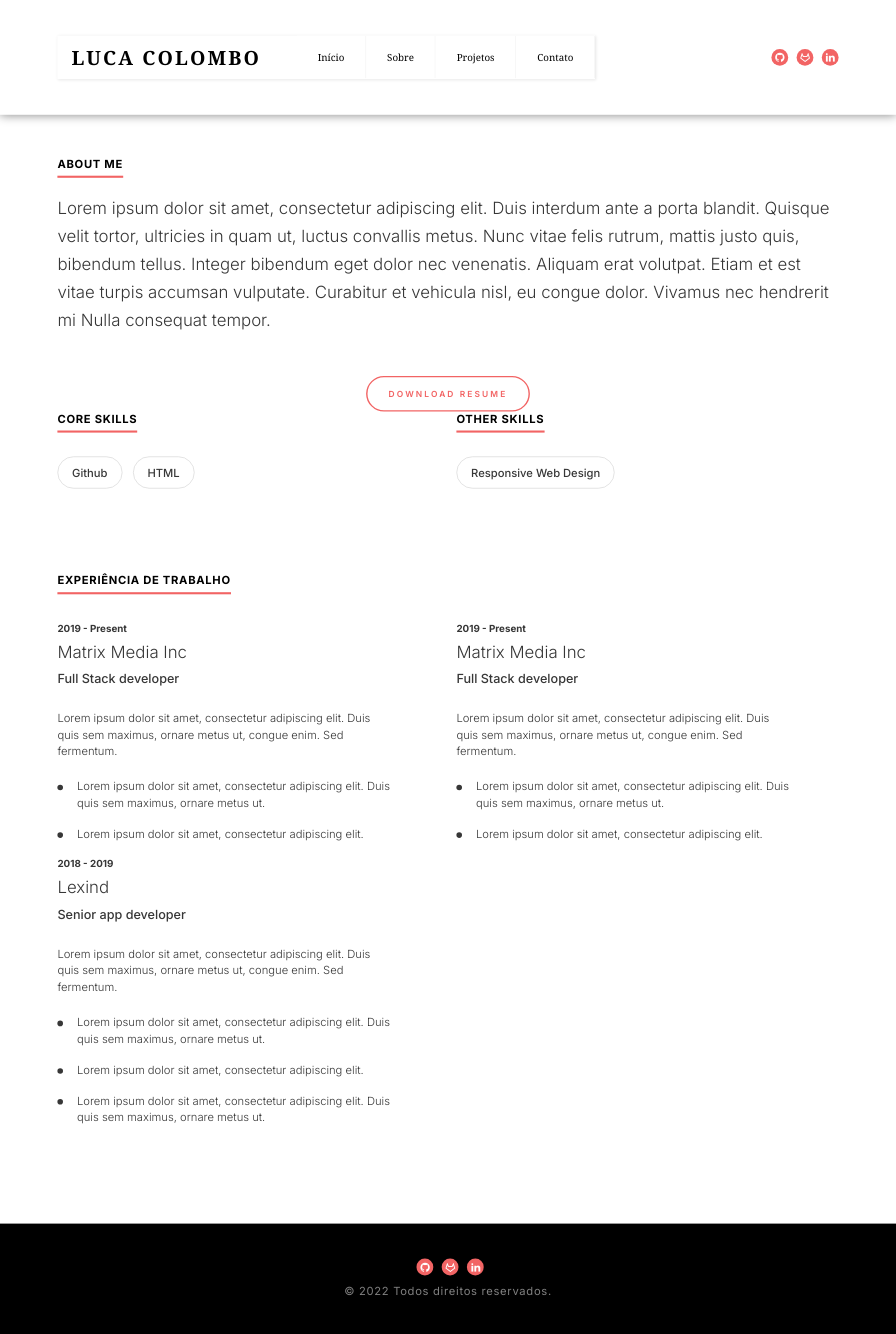
Repository: lxcxcxlxmb/portfolio
Page: sobre.html
These files come from the project's save history. The page is drawn as it stood at one moment and after the next save; the edit follows.
The browser window is 1280 px wide. The pictures show the whole page, at 70% of full size.

Above is the page before, as saved 2022-05-25 14:59:47.

### sobre.html
<!doctype html>
<html lang="pt-BR">

<head>
  <!-- Required meta tags -->
  <meta charset="utf-8">
  <meta name="viewport" content="width=device-width, initial-scale=1">
  <!-- Google Fots -->
  <link rel="preconnect" href="https://fonts.googleapis.com">
  <link rel="preconnect" href="https://fonts.gstatic.com" crossorigin>
  <link href="https://fonts.googleapis.com/css2?family=Inter:wght@100;200;300;400;500;600;700;800;900&display=swap"
    rel="stylesheet">
  <!-- Remixicon Icon -->
  <link href="https://cdn.jsdelivr.net/npm/remixicon@2.5.0/fonts/remixicon.css" rel="stylesheet">
  <!-- Remixicon Icon -->
  <!-- Bootstrap CSS -->
  <link href="https://cdn.jsdelivr.net/npm/bootstrap@5.0.2/dist/css/bootstrap.min.css" rel="stylesheet"
    integrity="sha384-EVSTQN3/azprG1Anm3QDgpJLIm9Nao0Yz1ztcQTwFspd3yD65VohhpuuCOmLASjC" crossorigin="anonymous">
  <link href="https://unpkg.com/aos@2.3.1/dist/aos.css" rel="stylesheet">
  <!-- Main CSS -->
  <link href="styles.css" rel="stylesheet">
  <link rel="stylesheet" href="reset.css">


  <title>sobre</title>
</head>

<body>

  <!-- header -->
  <header class="ds-header" id="site-header">
    <div class="container">
      <div class="ds-header-inner">
        <!-- logo -->
        <a href="index.html" class="ds-logo">
          <span>L</span>Luca Colombo
        </a>
        <div class="header">
          <a href="index.html" class="logo">Luca Colombo</a>
          <input class="menu-btn" type="checkbox" id="menu-btn" />
          <label class="menu-icon" for="menu-btn"><span class="navicon"></span></label>
          <ul class="menu">
            <li><a href="index.html">Início</a></li>
            <li><a href="sobre.html">Sobre</a></li>
            <li><a href="projetos.html">Projetos</a></li>
            <li><a href="contato.html">Contato</a></li>
          </ul>
        </div>
        <!-- social -->
        <ul class="ds-social">
          <li><a href="https://github.com/lxcxcxlxmb" target="_blank"><i class="ri-github-fill"></i></a></li>
          <li><a href="https://gitlab.com/lxcxcxlxmbx" target="_blank"><i class="ri-gitlab-line"></i></a></li>
          <li><a href="https://www.linkedin.com/in/luca--colombo/" target="_blank"><i class="ri-linkedin-fill"></i></a>
          </li>
        </ul>
              <!-- social -->
      </div>
    </div>
  </header>
  <!-- header -->

  <!-- about -->
  <div class="ds-about-section">
    <div class="container">
      <section>
        <h2 class="ds-heading">About Me</h2>
        <p>Lorem ipsum dolor sit amet, consectetur adipiscing elit. Duis interdum ante a porta blandit. Quisque velit
          tortor, ultricies in quam ut, luctus convallis metus. Nunc vitae felis rutrum, mattis justo quis, bibendum
          tellus. Integer bibendum eget dolor nec venenatis. Aliquam erat volutpat. Etiam et est vitae turpis accumsan
          vulputate. Curabitur et vehicula nisl, eu congue dolor. Vivamus nec hendrerit mi Nulla consequat tempor.</p>
        <div class="ds-button-sec text-center">
          <a href="#" class="ds-button">Download Resume</a>
        </div>
      </section>
    </div>
  </div>
  <!-- about -->

  <!--  Skills -->
  <div class="ds-skills-section">
    <div class="container">
      <div class="row">
        <div class="col-12 col-sm-12 col-md-6 col-lg-6 col-xl-6 col-xxl-6">
          <h2 class="ds-heading">Core Skills</h2>
          <ul class="ds-skills-list">
            <li>Github</li>
            <li>HTML</li>
          </ul>
        </div>
        <div class="col-12 col-sm-12 col-md-6 col-lg-6 col-xl-6 col-xxl-6">
          <h2 class="ds-heading">Other Skills</h2>
          <ul class="ds-skills-list">
            <li>Responsive Web Design</li>
          </ul>
        </div>
      </div>
    </div>
  </div>
  <!--  Skills -->

  <!-- Experience -->
  <div class="ds-experience-section">
    <div class="container">
      <h2 class="ds-heading">Experiência de trabalho</h2>
      <div class="row ds-experience-list">
        <div class="col-12 col-sm-12 col-md-6 col-lg-6 col-xl-6 col-xxl-6">
          <section>
            <span class="ds-year">2019 - Present</span>
            <h3 class="ds-officename">Matrix Media Inc</h3>
            <span class="ds-department">Full Stack developer</span>
            <p>Lorem ipsum dolor sit amet, consectetur adipiscing elit. Duis quis sem maximus, ornare metus ut, congue
              enim. Sed fermentum.</p>
            <ul>
              <li>Lorem ipsum dolor sit amet, consectetur adipiscing elit. Duis quis sem maximus, ornare metus ut.</li>
              <li>Lorem ipsum dolor sit amet, consectetur adipiscing elit.</li>
            </ul>
          </section>

        </div>
        <div class="col-12 col-sm-12 col-md-6 col-lg-6 col-xl-6 col-xxl-6">
          <section>
            <span class="ds-year">2019 - Present</span>
            <h3 class="ds-officename">Matrix Media Inc</h3>
            <span class="ds-department">Full Stack developer</span>
            <p>Lorem ipsum dolor sit amet, consectetur adipiscing elit. Duis quis sem maximus, ornare metus ut, congue
              enim. Sed fermentum.</p>
            <ul>
              <li>Lorem ipsum dolor sit amet, consectetur adipiscing elit. Duis quis sem maximus, ornare metus ut.</li>
              <li>Lorem ipsum dolor sit amet, consectetur adipiscing elit.</li>
            </ul>
          </section>

        </div>
        <div class="col-12 col-sm-12 col-md-6 col-lg-6 col-xl-6 col-xxl-6">
          <section>
            <span class="ds-year">2018 - 2019</span>
            <h3 class="ds-officename">Lexind</h3>
            <span class="ds-department">Senior app developer</span>
            <p>Lorem ipsum dolor sit amet, consectetur adipiscing elit. Duis quis sem maximus, ornare metus ut, congue
              enim. Sed fermentum.</p>
            <ul>
              <li>Lorem ipsum dolor sit amet, consectetur adipiscing elit. Duis quis sem maximus, ornare metus ut.</li>
              <li>Lorem ipsum dolor sit amet, consectetur adipiscing elit.</li>
              <li>Lorem ipsum dolor sit amet, consectetur adipiscing elit. Duis quis sem maximus, ornare metus ut.</li>
            </ul>
          </section>
        </div>
      </div>
    </div>
  </div>
  <!-- Experience -->

  <!--  footer -->
  <footer class="ds-footer text-center">
    <div class="container">
      <section>
        <ul class="ds-social">
          <li><a href="https://github.com/lxcxcxlxmb" target="_blank"><i class="ri-github-fill"></i></a></li>
          <li><a href="https://gitlab.com/lxcxcxlxmbx" target="_blank"><i class="ri-gitlab-line"></i></a></li>
          <li><a href="https://www.linkedin.com/in/luca--colombo/" target="_blank"><i class="ri-linkedin-fill"></i></a>
          </li>
        </ul>
      </section>
      <span class="ds-copyright">© 2022 Todos direitos reservados.</span>
    </div>
  </footer>

</body>

</html>

### styles.css
/*
Theme Name: Jason Stroff

  1. >>> Headr Style
  2. >>> Banner Style
  3. >>> About Style
  4. >>> Skills Style
  5. >>> Experience Style
  6. >>> Work Style
  7. >>> Footer Style

*/
/*--------------------------------------------------------------
>>> TABLE OF CONTENTS:
----------------------------------------------------------------*/
html {
	font-family: 'Inter', sans-serif;
	background-color: #FFF
}

body {
	font-family: 'Inter', sans-serif;
	overflow-x: hidden;
	background-color: #FFF;
	font-weight: 400;
	font-style: normal;
	color: #373737;
	font-size: 14px
}

a,
a:hover,
a:focus,
i,
input,
button,
input:focus,
.transition {
	text-decoration: none;
	outline: none;
	transition-delay: 0s;
	transition-duration: 0.4s;
	transition-property: all;
	transition-timing-function: ease;
	box-shadow: none;
}

a {
	color: #000
}

iframe {
	border: 0;
	outline: none;
}

::-moz-selection {
	background: #000;
	text-shadow: none;
	color: #FFF
}

::selection {
	background: #000;
	text-shadow: none;
	color: #FFF
}

img {
	max-width: 100%;
	border: none;
	outline: none;
	height: auto;
}

input,
textarea {
	border-radius: 0;
	resize: none;
}

ul {
	padding: 0;
	margin: 0;
}

@font-face {
	font-family: 'Inter', sans-serif;
}

input:-webkit-autofill,
textarea:-webkit-autofill,
select:-webkit-autofill {
	background-color: transparent;
	background-image: none;
	color: #000;
}

/* 1.2 Typography */
h1,
h2,
h3,
h4,
h5,
h6 {
	font-family: 'Inter', sans-serif;
}

figure {
	margin: 0
}

svg,
img {
	max-width: 100%;
	height: auto;
}

/*-----------------------------------------------------------------
  1. >>> Headr Style
----------------------------------------------------------------*/
.ds-header {
	position: relative;
	top: 0;
	width: 100%;
	z-index: 5;
	background-color: #FFF;
	padding: 70px 0;
	transition-delay: 0s;
	transition-duration: 0.4s;
	transition-property: all;
	transition-timing-function: ease;
	box-shadow: 0 0 1em #858585;
	display: flex;
	align-items: center;
	justify-content: space-between;
}

.ds-header.ds-fixed-header {
	padding: 20px 0;
	box-shadow: 0px 0px 20px rgba(0, 0, 0, 0.25);
}

.ds-header-inner {
	display: flex;
	justify-content: space-between;
	align-items: center;
}

.logo {
	font-family:Georgia, 'Times New Roman', Times, serif;
	text-transform: uppercase;
	font-weight: bold;
	font-size: 18px;
	letter-spacing: 3px;
	color: #000;
	display: flex;
	align-items: center;
	flex-wrap: nowrap;
}

.logo span {
	display: flex;
	align-items: center;
	justify-content: center;
	width: 40px;
	height: 40px;
	background-color: #000;
	border-radius: 4px;
	color: #FFF;
	font-size: 22px;
	font-weight: 600;
	text-align: center;
}

.logo:hover {
	color: #F26464;
}

.ds-social {
	list-style: none;
	display: flex;
	align-items: center;
	flex-wrap: wrap;
}

.ds-social li {
	margin-left: 12px;
}

.ds-social li:first-child {
	margin-left: 0;
}

.ds-social li a {
	border-radius: 100%;
	color: #FFF;
	width: 24px;
	height: 24px;
	background-color: #F26464;
	display: flex;
	justify-content: center;
	align-items: center;
	text-align: center;
	font-size: 16px;
}

.ds-social li a:hover {
	background-color: #000;
	color: #FFF;
}

/*.ds-navbar {
	display: inline-block;
	color: #373737;
	font-size: 16px;
	padding: 10px 20px;
	background-color: #FFF;
	margin-right: 15px;
	margin-bottom: 15px;
	margin-top: 15px;
	font-weight: 500;
}*/

.activ {
	color: #fff;
	background-color: #FF0077;
}

.inactiv {
	color: #494949;
}

.inactiv:hover {
	color: #FF0077;
}

.header {
	background-color: #fff;
	box-shadow: 1px 1px 4px 0 rgba(0,0,0,.1);
	position: absolute;
	align-items: center;
	vertical-align: middle;
	width: 60%;
	z-index: 3;
  }

  .header ul {
	margin: 0;
	padding: 0;
	font-family:Georgia, 'Times New Roman', Times, serif;
	list-style: none;
	overflow: hidden;
	background-color: #fff;
  }

  .header li a {
	display: block;
	padding: 20px 20px;
	border-right: 1px solid #f4f4f4;
	text-decoration: none;
  }

  .header li a:hover,
  .header .menu-btn:hover {
	background-color: #f4f4f4;
	color: #F26464;
  }

  .header .logo {
	display: block;
	float: left;
	font-size: 2em;
	padding: 10px 20px;
	text-decoration: none;
  }

  /* menu */

  .header .menu {
	clear: both;
	max-height: 0;
	transition: max-height .2s ease-out;
  }

  /* menu icon */

  .header .menu-icon {
	cursor: pointer;
	display: inline-block;
	float: right;
	padding: 28px 20px;
	position: relative;
	user-select: none;
  }

  .header .menu-icon .navicon {
	background: #333;
	display: block;
	height: 2px;
	position: relative;
	transition: background .2s ease-out;
	width: 18px;
  }

  .header .menu-icon .navicon:before,
  .header .menu-icon .navicon:after {
	background: #333;
	content: '';
	display: block;
	height: 100%;
	position: absolute;
	transition: all .2s ease-out;
	width: 100%;
  }

  .header .menu-icon .navicon:before {
	top: 5px;
  }

  .header .menu-icon .navicon:after {
	top: -5px;
  }

  /* menu btn */

  .header .menu-btn {
	display: none;
  }

  .header .menu-btn:checked ~ .menu {
	max-height: 240px;
  }

  .header .menu-btn:checked ~ .menu-icon .navicon {
	background: transparent;
  }

  .header .menu-btn:checked ~ .menu-icon .navicon:before {
	transform: rotate(-45deg);
  }

  .header .menu-btn:checked ~ .menu-icon .navicon:after {
	transform: rotate(45deg);
  }

  .header .menu-btn:checked ~ .menu-icon:not(.steps) .navicon:before,
  .header .menu-btn:checked ~ .menu-icon:not(.steps) .navicon:after {
	top: 0;
  }

  /* 48em = 768px */

  @media (min-width: 48em) {
	.header li {
	  float: left;
	}
	.header li a {
	  padding: 20px 30px;
	}
	.header .menu {
	  clear: none;
	  float: right;
	  max-height: none;
	}
	.header .menu-icon {
	  display: none;
	}
  }

/*-----------------------------------------------------------------
  2. >>> Banner Style
----------------------------------------------------------------*/
.ds-banner section {
	padding-left: 70px;
	padding-right: 00px;
}

.ds-banner section h1 span {
	display: block;
	text-transform: uppercase;
	letter-spacing: 1px;
	font-weight: 500;
	font-size: 16px;
	padding-top: 30px;
}

.ds-banner section h1 {
	font-weight: 600;
	font-size: 48px;
	line-height: 60px;
	color: #000;
}

.ds-numbervalulist {
	list-style: none;
	display: flex;
	align-items: center;
	flex-wrap: wrap;
	margin: 0;
	padding: 0;
	margin-top: 60px;
}

.ds-numbervalulist li {
	margin-right: 60px;
}

.ds-numbervalulist li:last-child {
	margin-right: 0;
}

.ds-numbervalulist strong {
	display: block;
	color: #F26464;
	font-size: 36px;
	font-weight: 800;
}

.ds-numbervalulist span {
	font-size: 16px;
	letter-spacing: 1px;
}

/*-----------------------------------------------------------------
  3. >>> About Style
----------------------------------------------------------------*/
.ds-about-section {
	padding-top: 60px;
	padding-bottom: 0px;
}

.ds-heading {
	display: inline-block;
	font-weight: 700;
	color: #000;
	text-transform: uppercase;
	letter-spacing: 1px;
	font-size: 16px;
	border-bottom: 3px solid #F26464;
	padding-bottom: 7px;
	margin-bottom: 23px;
}

.ds-about-section p {
	color: #373737;
	font-size: 24px;
	line-height: 40px;
	font-weight: 300;
	margin-bottom: 60px;
}

.ds-button {
	display: inline-block;
	text-transform: uppercase;
	font-size: 12px;
	line-height: 13px;
	font-weight: 600;
	letter-spacing: 3px;
	color: #F26464;
	padding: 17px 30px;
	border: 2px solid #F26464;
	border-radius: 60px;
}

.ds-button:hover {
	background-color: #F26464;
	color: #FFF;
}

.ds-arrow-button i {
	display: inline-block;
	vertical-align: middle;
}

/*-----------------------------------------------------------------
  4. >>> Skills Style
----------------------------------------------------------------*/
.ds-skills-section {
	padding-bottom: 105px;
}

.ds-skills-list {
	list-style: none;
	padding: 0;
	margin: 0;
	display: flex;
	flex-wrap: wrap;
	align-items: center;
	margin-top: 11px;
}

.ds-skills-list li {
	display: inline-block;
	color: #373737;
	font-size: 16px;
	padding: 10px 20px;
	background-color: #FFF;
	border: 1px solid #D7D7D7;
	border-radius: 27px;
	margin-right: 15px;
	margin-bottom: 15px;
	font-weight: 500;
}

/*-----------------------------------------------------------------
  5. >>> Experience Style
----------------------------------------------------------------*/
.ds-experience-section {
	padding-bottom: 120px;
}

.ds-experience-list section {
	padding-right: 70px;
}

.ds-experience-list {
	padding-top: 15px;
}

.ds-officename {
	font-size: 24px;
	font-weight: 300;
	margin-bottom: 10px;
}

.ds-experience-list span {
	display: block;
}

span.ds-year {
	color: #373737;
	font-size: 14px;
	font-weight: 700;
	padding-bottom: 10px;
}

span.ds-department {
	color: #373737;
	font-weight: 500;
	font-size: 18px;
	padding-bottom: 30px;
}

.ds-experience-list p {
	font-size: 16px;
	line-height: 24px;
	font-weight: 300;
}

.ds-experience-list ul {
	list-style: none;
	padding: 0;
	margin: 0;
	padding-top: 10px;
}

.ds-experience-list ul li {
	font-size: 16px;
	line-height: 24px;
	font-weight: 300;
	padding-left: 28px;
	position: relative;
	margin-bottom: 20px;
}

.ds-experience-list ul li:before {
	content: "";
	position: absolute;
	left: 0;
	top: 10px;
	border-radius: 100%;
	width: 8px;
	height: 8px;
	background-color: #373737;
}

/*-----------------------------------------------------------------
  6. >>> Work Style
----------------------------------------------------------------*/
.ds-work-section {
	padding-bottom: 80px;
}

.ds-work-list {
	padding-left: 70px;
	padding-top: 40px;
	padding-right: 70px;
	background-color: #F6F8FA;
	margin-bottom: 40px;
}

.ds-work-list section {
	padding-top: 20px;
	padding-right: 120px;
}

.ds-work-tilte {
	color: #000;
	font-size: 30px;
	line-height: 36px;
	font-weight: 600;
	margin-bottom: 30px;
}

.ds-work-list p {
	font-weight: 300;
	font-size: 18px;
	line-height: 30px;
}

.ds-work-list .ds-button {
	margin-top: 20px;
}

.ds-work-det-hed {
	padding-top: 42px;
	padding-bottom: 80px;
}

.ds-work-det-title {
	font-weight: 600;
	color: #000;
	font-size: 48px;
	margin-bottom: 20px;
}

.ds-work-det-dep {
	display: block;
	font-weight: 600;
	color: #000;
	font-size: 18px;
}

.ds-work-content-sec {
	padding: 100px 0;
}

.ds-work-content-sec p {
	font-size: 18px;
	line-height: 36px;
	margin-bottom: 30px;
}

.ds-work-content-sec h2 {
	font-size: 30px;
	font-weight: 700;
	margin-bottom: 30px;
}

.ds-work-content-sec ul {
	list-style: none;
	padding: 0;
	margin: 0;
}

.ds-work-content-sec li {
	font-size: 18px;
	line-height: 36px;
	padding-left: 28px;
	position: relative;
	margin-bottom: 20px;
}

.ds-work-content-sec li:before {
	content: "";
	position: absolute;
	left: 0;
	top: 13px;
	border-radius: 100%;
	width: 8px;
	height: 8px;
	background-color: #373737;
}

/*-----------------------------------------------------------------
  7. >>> Footer Style
----------------------------------------------------------------*/
.ds-footer {
	background-color: #000;
	padding: 50px 0;
}

.ds-footer section {
	padding-bottom: 10px;
}

.ds-footer section span {
	color: rgba(255, 255, 255, 0.5);
	text-transform: uppercase;
	font-weight: 700;
	font-size: 16px;
	letter-spacing: 1px;
	display: block;
	padding-bottom: 20px;
}

.ds-footer section h4 {
	color: #FFF;
	font-size: 48px;
	font-weight: 700;
}

.ds-footer section p {
	letter-spacing: 1.13px;
	color: #FFF;
	font-size: 18px;
	margin-bottom: 40px;
}

.ds-footer ul {
	margin-left: 46%;
}

.ds-copyright {
	color: rgba(255, 255, 255, 0.5);
	letter-spacing: 1px;
	font-size: 16px;
}

.ds-copyright a {
	color: rgba(255, 255, 255, 0.5);
}

.ds-copyright a:hover {
	color: #F26464;
}



/*-------------------------------------------------------------------------------
 Responsive XS Style @media (max-width: 767px)
-------------------------------------------------------------------------------*/
@media (max-width: 768px) {

	.ds-header,
	.ds-header.ds-fixed-header {
		padding: 15px 0;
	}

	.ds-banner,
	.ds-about-section,
	.ds-skills-section,
	.ds-experience-section,
	.ds-work-section,
	.ds-work-details-section {
		padding-left: 10px;
		padding-right: 10px;
	}

	/*.ds-logo {
		font-size: 0;
	}*/

	.ds-banner figure {
		padding: 30px 0;
	}

	.ds-banner section {
		padding-left: 0;
		padding-right: 0;
	}

	.ds-banner section h1 span {
		padding-bottom: 0;
	}

	.ds-banner section h1,
	.ds-work-det-title {
		font-size: 30px;
		line-height: 40px;
	}

	.ds-numbervalulist {
		margin-top: 20px;
	}

	.ds-numbervalulist li {
		margin-right: 30px;
	}

	.ds-numbervalulist strong {
		font-size: 30px;
	}

	.ds-numbervalulist span {
		font-size: 14px;
	}

	.ds-about-section {
		padding-bottom: 60px;
	}

	.ds-about-section p,
	.ds-work-content-sec p,
	.ds-work-content-sec li {
		font-size: 15px;
		line-height: 30px;
		margin-bottom: 0px;
	}

	.ds-skills-list li {
		margin-right: 10px;
		margin-bottom: 10px;
		font-size: 14px;
	}

	.ds-skills-section .col-12,
	.ds-experience-list .col-12 {
		margin-bottom: 40px;
	}

	.ds-skills-section,
	.ds-work-section,
	.ds-experience-section {
		padding-bottom: 0;
	}

	.ds-experience-list section {
		padding-right: 0;
	}

	.ds-work-list {
		padding: 30px;
	}

	.ds-work-list p {
		font-size: 15px;
		line-height: 30px;
	}

	.ds-footer {
		padding: 60px 10px;
	}

	.ds-footer section h4 {
		font-size: 40px;
	}

	.ds-copyright {
		font-size: 14px;
	}

	.ds-footer section {
		padding-bottom: 30px;
	}

	.ds-footer ul {
		margin-left: 36%;
	}

	.ds-button {
		padding: 11px 10px;
	}

	.ds-work-details-section {
		padding-top: 30px;
	}

	.ds-work-det-title {
		margin-bottom: 7px;
	}

	.ds-work-content-sec h2 {
		font-size: 20px;
	}

	.ds-work-content-sec {
		padding: 30px 0;
	}

	.ds-work-list section {
		padding-right: 0;
		padding-bottom: 30px;
	}
}


@media (min-width: 768px) and (max-width: 991px) {
	.ds-work-list section {
		padding-right: 30px;
	}

}

@media (min-width: 992px) and (max-width: 1199px) {
	.ds-banner section {
		padding-right: 0;
	}

	.ds-work-list section {
		padding-right: 30px;
		padding-bottom: 60px;
	}


}

### reset.css
/*
html, body, div, span, applet, object, iframe,
h1, h2, h3, h4, h5, h6, p, blockquote, pre,
a, abbr, acronym, address, big, cite, code,
del, dfn, em, img, ins, kbd, q, s, samp,
small, strike, strong, sub, sup, tt, var,
b, u, i, center,
dl, dt, dd, ol, ul, li,
fieldset, form, label, legend,
table, caption, tbody, tfoot, thead, tr, th, td,
article, aside, canvas, details, embed,
figure, figcaption, footer, header, hgroup,
menu, nav, output, ruby, section, summary,
time, mark, audio, video {
	margin: 0;
	padding: 0;
	border: 0;
	font-size: 100%;
	font: inherit;
	vertical-align: baseline;
}
/* HTML5 display-role reset for older browsers */
/*
article, aside, details, figcaption, figure,
footer, header, hgroup, menu, nav, section {
	display: block;
}
body {
	line-height: 1;
}
ol, ul {
	list-style: none;
}
blockquote, q {
	quotes: none;
}
blockquote:before, blockquote:after,
q:before, q:after {
	content: '';
	content: none;
}
table {
	border-collapse: collapse;
	border-spacing: 0;
}*/

After the next save:
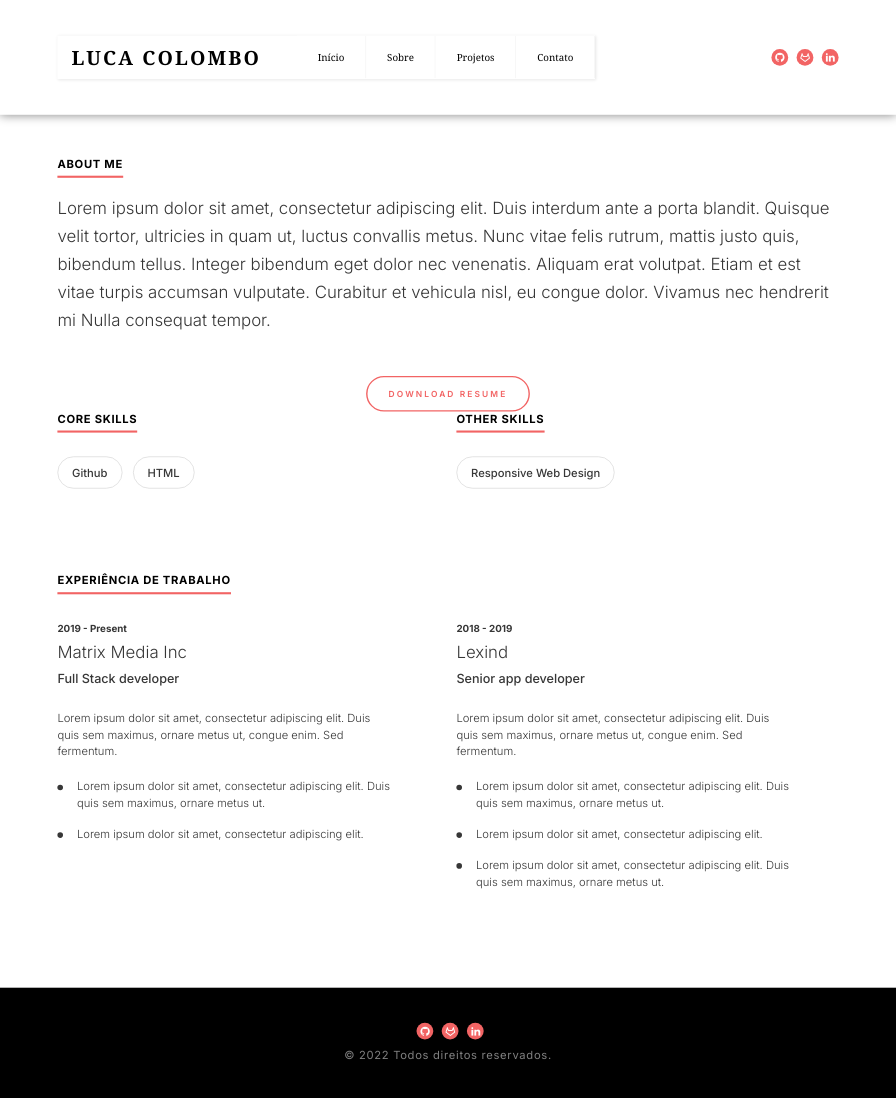
Saved 19 s later.
--- a/sobre.html
+++ b/sobre.html
@@ -115,21 +115,6 @@
               <li>Lorem ipsum dolor sit amet, consectetur adipiscing elit.</li>
             </ul>
           </section>
-
-        </div>
-        <div class="col-12 col-sm-12 col-md-6 col-lg-6 col-xl-6 col-xxl-6">
-          <section>
-            <span class="ds-year">2019 - Present</span>
-            <h3 class="ds-officename">Matrix Media Inc</h3>
-            <span class="ds-department">Full Stack developer</span>
-            <p>Lorem ipsum dolor sit amet, consectetur adipiscing elit. Duis quis sem maximus, ornare metus ut, congue
-              enim. Sed fermentum.</p>
-            <ul>
-              <li>Lorem ipsum dolor sit amet, consectetur adipiscing elit. Duis quis sem maximus, ornare metus ut.</li>
-              <li>Lorem ipsum dolor sit amet, consectetur adipiscing elit.</li>
-            </ul>
-          </section>
-
         </div>
         <div class="col-12 col-sm-12 col-md-6 col-lg-6 col-xl-6 col-xxl-6">
           <section>
